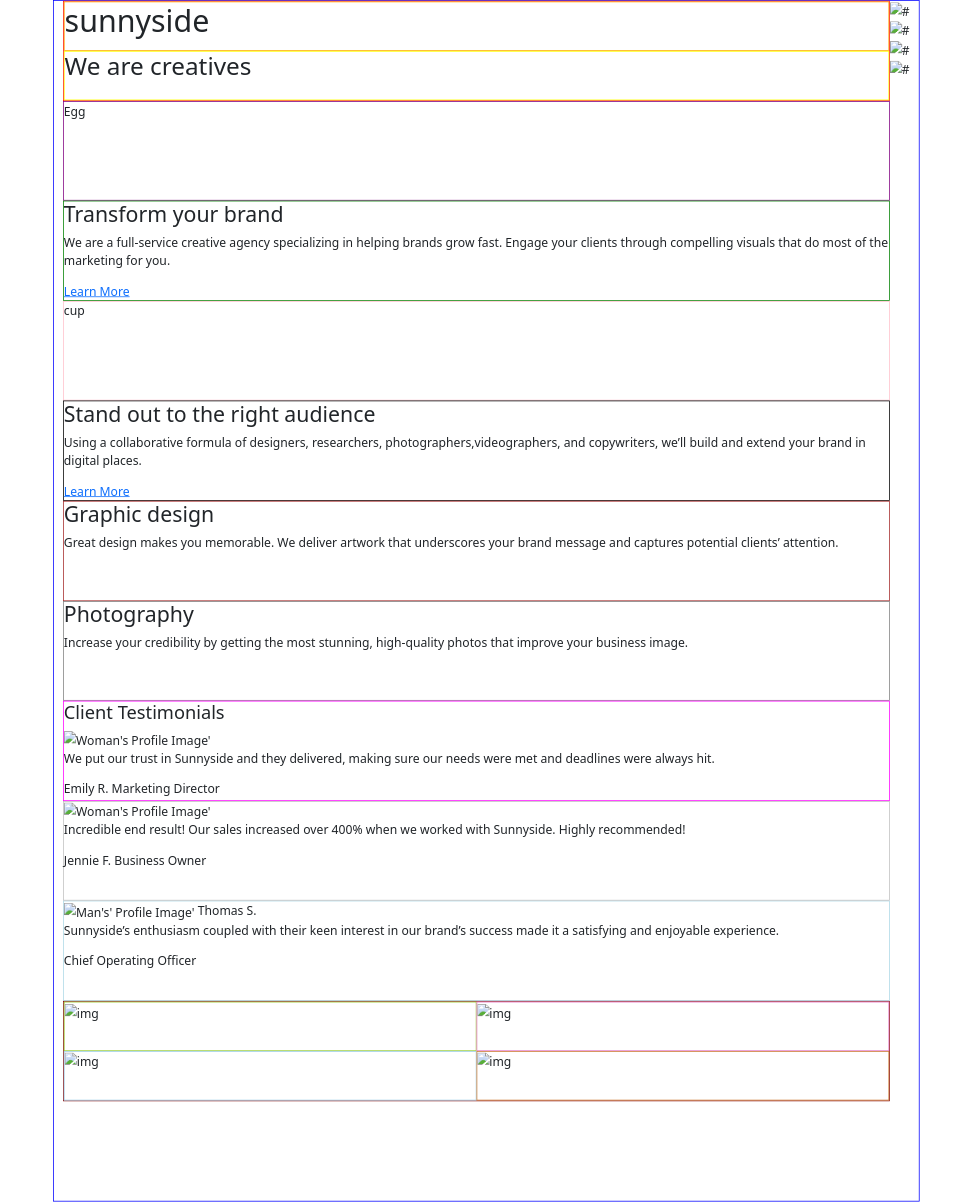
Repository: Roshanell/Sunny-Side-Agency
Page: index.html
The author's editor kept a copy of each file at every save. The page is drawn from the files as they stood at one save, then again after the next save.
The browser window is 1280 px wide. The pictures show the whole page, at 76% of full size.

Above is the page before, as saved 2022-07-01 12:51:53.

### index.html
<!doctype html>
<html lang="en">

  <head>
    <meta charset="utf-8">
    <meta name="viewport" content="width=device-width, initial-scale=1">
    <title>Sunny Side Agency</title>
    <link href="https://cdn.jsdelivr.net/npm/bootstrap@5.2.0-beta1/dist/css/bootstrap.min.css" rel="stylesheet"
      integrity="sha384-0evHe/X+R7YkIZDRvuzKMRqM+OrBnVFBL6DOitfPri4tjfHxaWutUpFmBp4vmVor" crossorigin="anonymous">
    <link href="https://fonts.googleapis.com/icon?family=Material+Icons" rel="stylesheet">
    <link rel="stylesheet" href="css/style.css">
  </head>

  <body>
    <div class="container">
      <div class="homePage">
        <div class="header">
          <h1>sunnyside</h1>
        </div>
        <div class="homeContent">
          <h2>We are creatives</h2>
        </div>
      </div>

      <div class="eggArea">
        <p>Egg</p>
      </div>

      <div class="aboutUsInfo">
        <h3>
          Transform your brand
        </h3>
        <p>We are a full-service creative agency specializing in helping brands grow fast. Engage your clients through
          compelling visuals that do most of the marketing for you. </p>
        <span><a href="#">Learn More</a></span>
      </div>

      <div class="cupImage">
        <p>cup</p>
      </div>

      <div class="standOutInfo">
        <h3>Stand out to the right audience</h3>
        <p> Using a collaborative formula of designers, researchers,
          photographers,videographers, and copywriters, we’ll build and extend your brand in digital places. </p>

        <span><a href="#">Learn More</a></span>
      </div>
      <div class="graphicDesign">
        <h3> Graphic design</h3>
        <p>
          Great design makes you memorable. We deliver artwork that underscores your brand message and captures
          potential clients’ attention.
          <!-- background img with words overlay -->
        </p>
      </div>
      <div class="orangeImage">
        <h3>Photography</h3>
        <p> Increase your credibility by getting the most stunning, high-quality photos that improve your business
          image. </p>
        <!-- background img with words overlay -->
      </div>
      <div class="testimonialOne">
        <h4>Client Testimonials</h4>
        <img src="#" alt="Woman's Profile Image'">
        <p>We put our trust in Sunnyside and they delivered, making sure our needs were met and deadlines were always
          hit.</p>
        <span>Emily R.</span>
        <span>Marketing Director</span>
      </div>
      <div class="testimonialThree">
        <img src="#" alt="Man's' Profile Image'">
        <span>Thomas S.</span>
        <p>Sunnyside’s enthusiasm coupled with their keen interest in our brand’s success made it a satisfying and
          enjoyable experience.</p>
        <span>Chief Operating Officer</span>
      </div>
      <div class="testimonialTwo">
        <img src="#" alt="Woman's Profile Image'">
        <p>Incredible end result! Our sales increased over 400% when we worked with Sunnyside. Highly recommended!</p>
        <span>Jennie F.</span>
        <span>Business Owner</span>
      </div>
      <div class="fourImgs">
        <div class="imgOne">
          <img src="#" alt="img">
        </div>
        <div class="imgTwo">
          <img src="#" alt="img">
        </div>
        <div class="imgThree">
          <img src="#" alt="img">
        </div>
        <div class="imgFour">
          <img src="#" alt="img">
        </div>
      </div>

      <div class="footer">
        <!-- <h1>sunnyside</h1>
        <span>About</span>
        <span>ser</span>
        <span>About</span> -->
      </div>
      <div class="logo">
        <div class="fbIcon">
          <img src="#" alt="#">
        </div>
        <div class="twiterIcon">
          <img src="#" alt="#">
        </div>
        <div class="igIcon">
          <img src="#" alt="#">
        </div>
        <div class="pinterest">
          <img src="#" alt="#">
        </div>
      </div>
    </div>




    <!-- Home
Profile
About
Contacts
  -->




    <script src="https://cdn.jsdelivr.net/npm/bootstrap@5.2.0-beta1/dist/js/bootstrap.bundle.min.js"
      integrity="sha384-pprn3073KE6tl6bjs2QrFaJGz5/SUsLqktiwsUTF55Jfv3qYSDhgCecCxMW52nD2" crossorigin="anonymous"
      type="text/javascript" src="js/main.js">


      </script>

  </body>

</html>

### css/style.css
/* Box Model Hack */
* {
  -moz-box-sizing: border-box;
}

/* Clear fix hack */
.clearfix:after {
  content: ".";
  display: block;
  clear: both;
  visibility: hidden;
  line-height: 0;
  height: 0;
}

.clear {
  clear: both;
}

/******************************************
/* BASE STYLES
/*******************************************/

body {
}

/******************************************
/* LAYOUT
/*******************************************/
.container {
  border: solid 1px blue;
  display: grid;
  grid-template-columns: 1fr;
  grid-template-rows: 1fr 1fr 1fr 1fr 1fr 1fr 1fr 1fr 1fr 1fr 1fr 1fr;
  gap: 0px 0px;
  grid-auto-flow: column dense;
  grid-template-areas:
    "homePage"
    "eggArea"
    "aboutUsInfo"
    "cupImage"
    "standOutInfo"
    "graphicDesign"
    "orangeImage"
    "testimonialOne"
    "testimonialTwo"
    "testimonialThree"
    "fourImgs"
    "footer";
}

.homePage {
  border: solid 1px red;
  display: grid;
  grid-template-columns: 1fr;
  grid-template-rows: 1fr 1fr;
  gap: 0px 0px;
  grid-auto-flow: row;
  grid-template-areas:
    "header"
    "homeContent";
  grid-area: homePage;
}

.header {
  border: solid 1px orange;
  grid-area: header;
}

.homeContent {
  border: solid 1px yellow;
  grid-area: homeContent;
}

.eggArea {
  border: solid 1px purple;
  grid-area: eggArea;
}

.aboutUsInfo {
  border: solid 1px green;
  grid-area: aboutUsInfo;
}

.cupImage {
  border: solid 1px pink;
  grid-area: cupImage;
}

.standOutInfo {
  border: solid 1px black;
  grid-area: standOutInfo;
}

.graphicDesign {
  border: solid 1px brown;
  grid-area: graphicDesign;
}

.orangeImage {
  border: solid 1px gray;
  grid-area: orangeImage;
}

.testimonialOne {
  border: solid 1px fuchsia;
  grid-area: testimonialOne;
}

.testimonialThree {
  border: solid 1px lightblue;
  grid-area: testimonialThree;
}

.testimonialTwo {
  border: solid 1px silver;
  grid-area: testimonialTwo;
}

.fourImgs {
  border: solid 1px maroon;
  display: grid;
  grid-template-columns: 1fr 1fr;
  grid-template-rows: 1fr 1fr;
  gap: 0px 0px;
  grid-template-areas:
    "imgOne imgThree"
    "imgTwo imgFour";
  grid-area: fourImgs;
}

.imgOne {
  border: solid 1px yellowgreen;
}
.imgTwo {
  border: solid 1px rgb(228, 122, 199);
}
.imgThree {
  border: solid 1px rgb(158, 207, 232);
}
.imgFour {
  border: solid 1px rgb(205, 122, 50);
}

.footer {
  /* border: solid 1px blue;
  display: grid;
  grid-auto-flow: column dense;
  grid-template-columns: 1fr 1fr 1fr;
  grid-template-rows: 1fr 1fr 1fr;
  gap: 0px 0px;
  grid-template-areas:
    ". logoName ."
    "about services projects"
    ". logo .";
  grid-area: footer;
}
.logoName {
  grid-area: logoName;
}
.about {
  grid-area: about;
}
.services {
  display: grid;
  grid-template-columns: 1fr 1fr 1fr;
  grid-template-rows: 1fr 1fr 1fr;
  gap: 0px 0px;
  grid-area: services;
}
.projects {
  grid-area: projects;
}
.logo {
  display: grid;
  grid-template-columns: 1fr 1fr 1fr 1fr;
  grid-template-rows: 1fr;
  gap: 0px 0px;
  grid-template-areas: "fbIcon igIcon twitterIcon pinterest";
  grid-area: logo; */
}
/*
.fbIcon{
    border: solid 1px silver;
    grid-area: fbIcon;
}
.igIcon{
  border: solid 1px red;
  grid-area: fbIcon;
}
.twitterIcon{
  border: solid 1px midnightblue;
  grid-area: twitterIcon;
}
.pinterest{
  border: solid 1px plum;
  grid-area: pinterest;
} */

/******************************************
/* ADDITIONAL STYLES
/*******************************************/

After the next save:
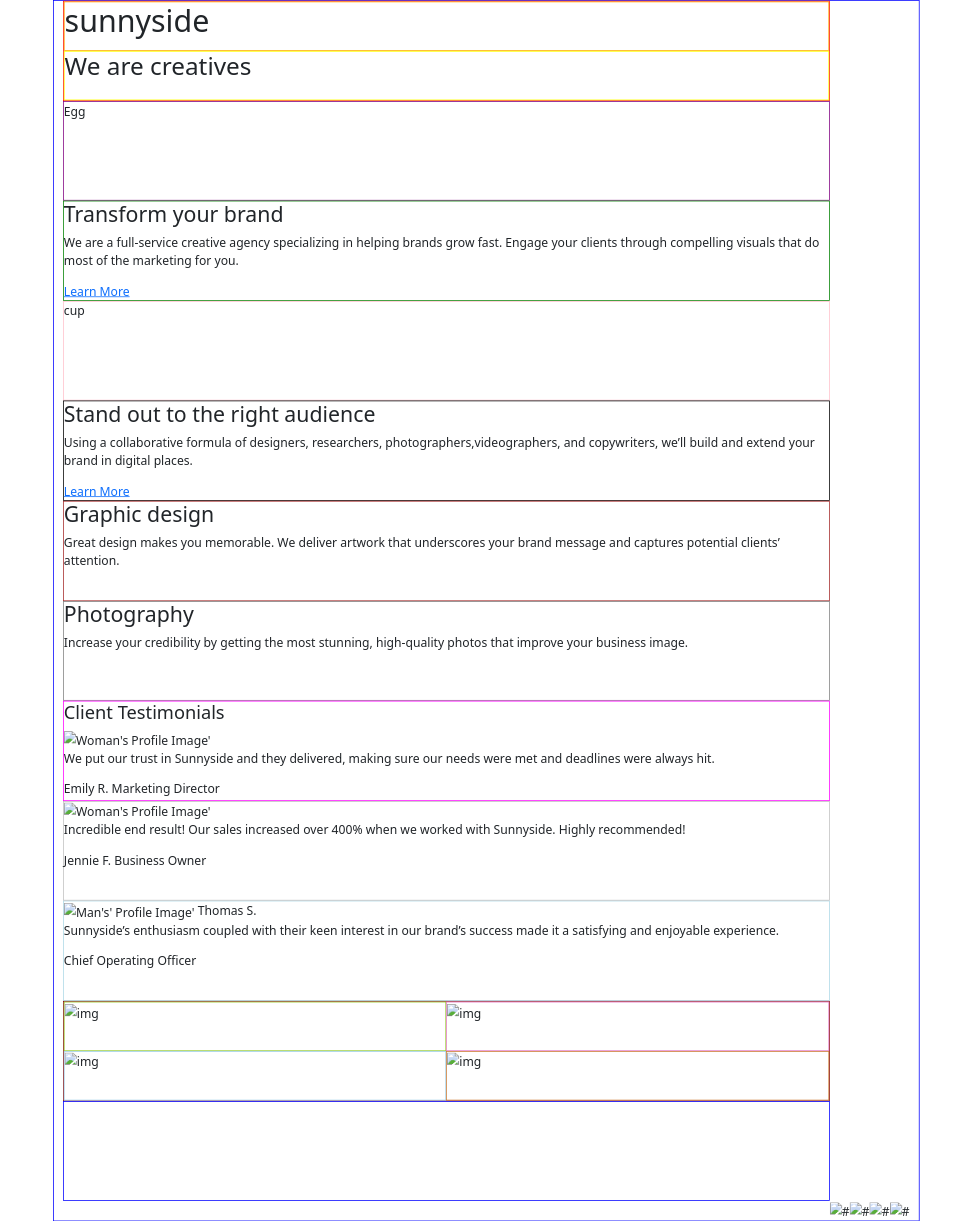
Saved 5 s later.
--- a/css/style.css
+++ b/css/style.css
@@ -143,7 +143,7 @@ body {
 }
 
 .footer {
-  /* border: solid 1px blue;
+  border: solid 1px blue;
   display: grid;
   grid-auto-flow: column dense;
   grid-template-columns: 1fr 1fr 1fr;
@@ -195,7 +195,7 @@ body {
 .pinterest{
   border: solid 1px plum;
   grid-area: pinterest;
-} */
+}
 
 /******************************************
 /* ADDITIONAL STYLES
